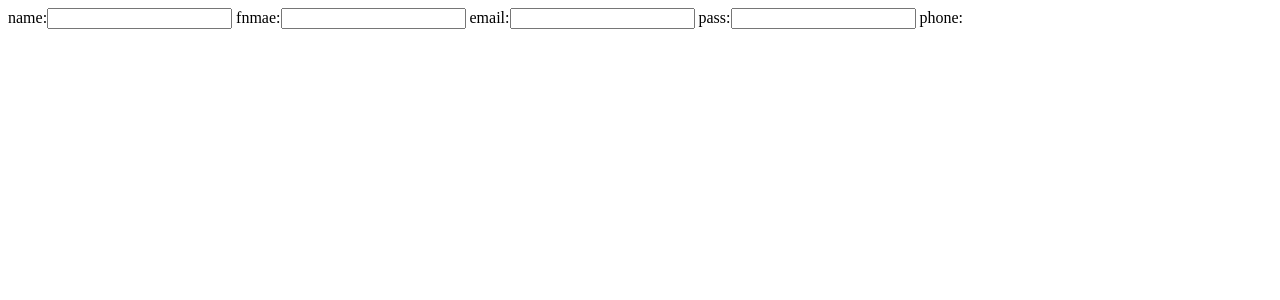
Repository: Ganesh9986320435/AllProjectsFromYestYantra
Page: http://localhost/studentjsp/signin.jsp
The author's editor kept a copy of each file at every save. The page is drawn from the files as they stood at one save, then again after the next save.
The browser window is 1280 px wide. The pictures show the whole page.
The page is served by Tomcat 9. Other server files are loaded and not shown.

Above is the page before, as saved 2023-01-30 11:13:13.

### studentjsp/src/main/webapp/signin.jsp
<%@ page language="java" contentType="text/html; charset=UTF-8"
    pageEncoding="UTF-8"%>
<!DOCTYPE html>
<html>
<head>
<meta charset="UTF-8">
<title>Insert title here</title>
</head>
<body>
<form action="signin" method="post">

name:<input type="text" name="name">
fnmae:<input type="text" name="fname">
email:<input type="text" name="email">
pass:<input type="text" name="pass">
phone:









</form>
</body>
</html>

After the next save:
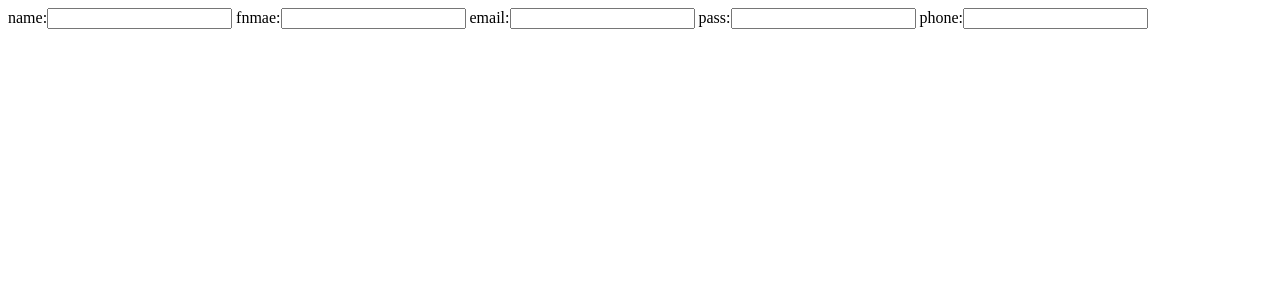
Saved 15 s later.
--- a/studentjsp/src/main/webapp/signin.jsp
+++ b/studentjsp/src/main/webapp/signin.jsp
@@ -13,7 +13,7 @@
 fnmae:<input type="text" name="fname">
 email:<input type="text" name="email">
 pass:<input type="text" name="pass">
-phone:
+phone:<input type="tel" name="">
 
 
 
